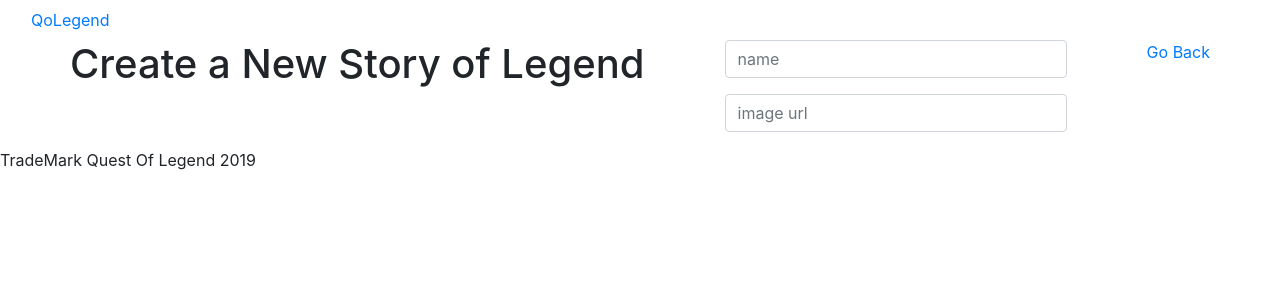
Repository: Hoangvo92/aws-program
Page: http://localhost/quests/new
The author's editor kept a record of every edit. The page is drawn from the files as they stood at one moment, then again after the next edit.
The browser window is 1280 px wide. The pictures show the whole page.
The page is served by the project's Node server (quests-of-legend/app.js).

Above is the page before.

### quests-of-legend/views/new.ejs
<% include partials/header %>
<div class="container">
    <div class="row">
        <h1>Create a New Story of Legend</h1>
        <div style="width: 30%; margin: 0 auto">
          <form action="/quests" method="POST">
              <div class="form-group">
                  <input class="form-control" type="text" name="name" placeholder="name">
              </div>
              <div class="form-group">
                 <input class="form-control" type="text" name="image" placeholder="image url">
              </div>

              <div class="form-group">

              </div>

          </form>
        </div>
        <a href="/quests"> Go Back</a>
    </div>
</div>

<% include partials/footer %>

### quests-of-legend/views/partials/header.ejs
<!DOCTYPE html>
<html>
    <head>
        <title>Quests Of Legend</title>
        <link rel="stylesheet" href="https://stackpath.bootstrapcdn.com/bootstrap/4.3.1/css/bootstrap.min.css">
        <script src="https://ajax.googleapis.com/ajax/libs/jquery/1.12.0/jquery.min.js"></script>
        <script src="https://stackpath.bootstrapcdn.com/bootstrap/4.3.1/js/bootstrap.min.js" integrity="sha384-JjSmVgyd0p3pXB1rRibZUAYoIIy6OrQ6VrjIEaFf/nJGzIxFDsf4x0xIM+B07jRM" crossorigin="anonymous"></script>
        <script src="https://stackpath.bootstrapcdn.com/bootstrap/4.3.1/js/bootstrap.bundle.min.js" integrity="sha384-xrRywqdh3PHs8keKZN+8zzc5TX0GRTLCcmivcbNJWm2rs5C8PRhcEn3czEjhAO9o" crossorigin="anonymous"></script>
    </head>
    <body>
       <nav class="navbar navbar-default">
            <div class="container-fluid">
                <div class="navbar-header">
                   <a class="nabar-brand" href="/">QoLegend</a>
                </div>
                <div class="collapse navbar-collapse">
                   <ul class ="nav navbar-nav navbar-right">
                      <li><a href="/">Login</a></li>
                      <li><a href="/">Sign Up</a></li>
                      <li><a href="/">logout</a></li>
                    </ul>
                </div>
            </div>
        </nav>

### quests-of-legend/views/partials/footer.ejs
    <p>TradeMark Quest Of Legend 2019</p>
    </body>
</html>

### quests-of-legend/app.js
var express = require("express");
var app = express();
var bodyParser = require("body-parser");

app.use(bodyParser.urlencoded({extended: true}));
app.set("view engine", "ejs");

var stories =  [
         {name: "Seal Of Star", image: "https://vignette.wikia.nocookie.net/saintseiya/images/4/49/Zeus_with_Kamui.jpg/revision/latest?cb=20121209212744"},
         {name: "Return of Chicken", image: "https://comicvine1.cbsistatic.com/uploads/original/11133/111330079/6530318-saigafurinji1.png"},
         {name: "Betrayal and Broken Heart", image: "https://www.anime-planet.com/images/manga/covers/masca-2560.jpg?t=1495142357"}
];

app.get("/", function(red, res){
   res.render("landing");
});
//show all quests- first restful route
app.get("/quests", function(req, res){


    res.render("quests", {quests: stories});
});

app.post("/quests", function(req, res){
    //get data from form and add to quests array
    var name = req.body.name;
    var image = req.body.image;
    var newQuest = {name: name, image: image};
    stories.push(newQuest);
    //redirect back to quests page
    res.redirect("/quests");
});

app.get("/quests/new", function(req, res){
    res.render("new.ejs");
});

app.listen(process.env.PORT, process.env.IP, function(){
    console.log("Stories server has started!");
});

After the next edit:
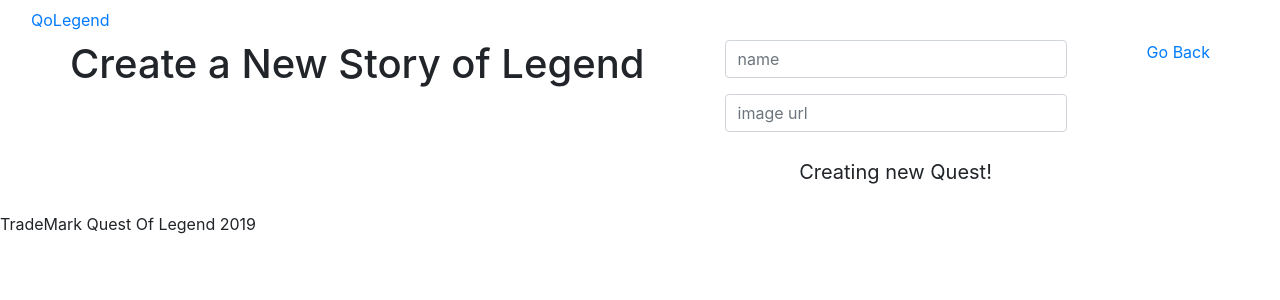
The edit:
--- a/quests-of-legend/views/new.ejs
+++ b/quests-of-legend/views/new.ejs
@@ -12,9 +12,8 @@
               </div>
 
               <div class="form-group">
-
+                  <button class="btn btn-lg btn-default btn-block">Creating new Quest!</button>
               </div>
-
           </form>
         </div>
         <a href="/quests"> Go Back</a>
